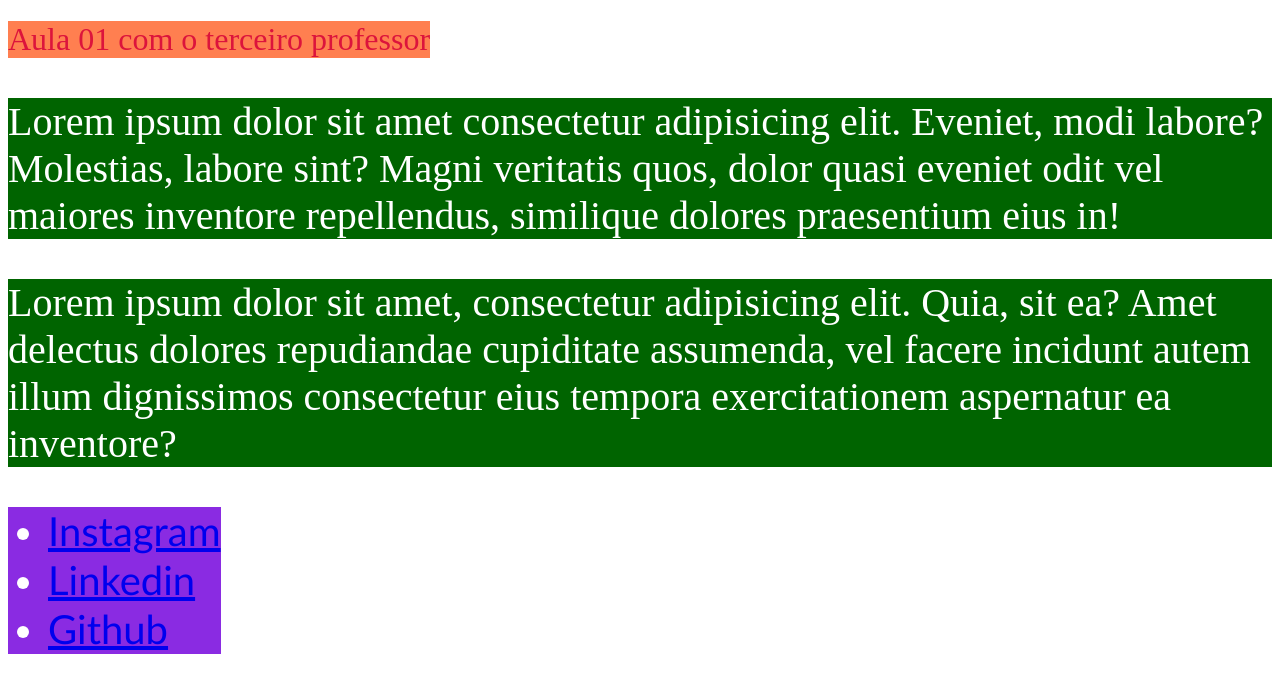
Repository: geracao-11/aula-01-pt2
Page: index.html
These files come from the project's save history. The page is drawn as it stood at one moment and after the next save; the edit follows.
The browser window is 1280 px wide. The pictures show the whole page.

Above is the page before, as saved 2025-04-09 10:53:39.

After the next save:
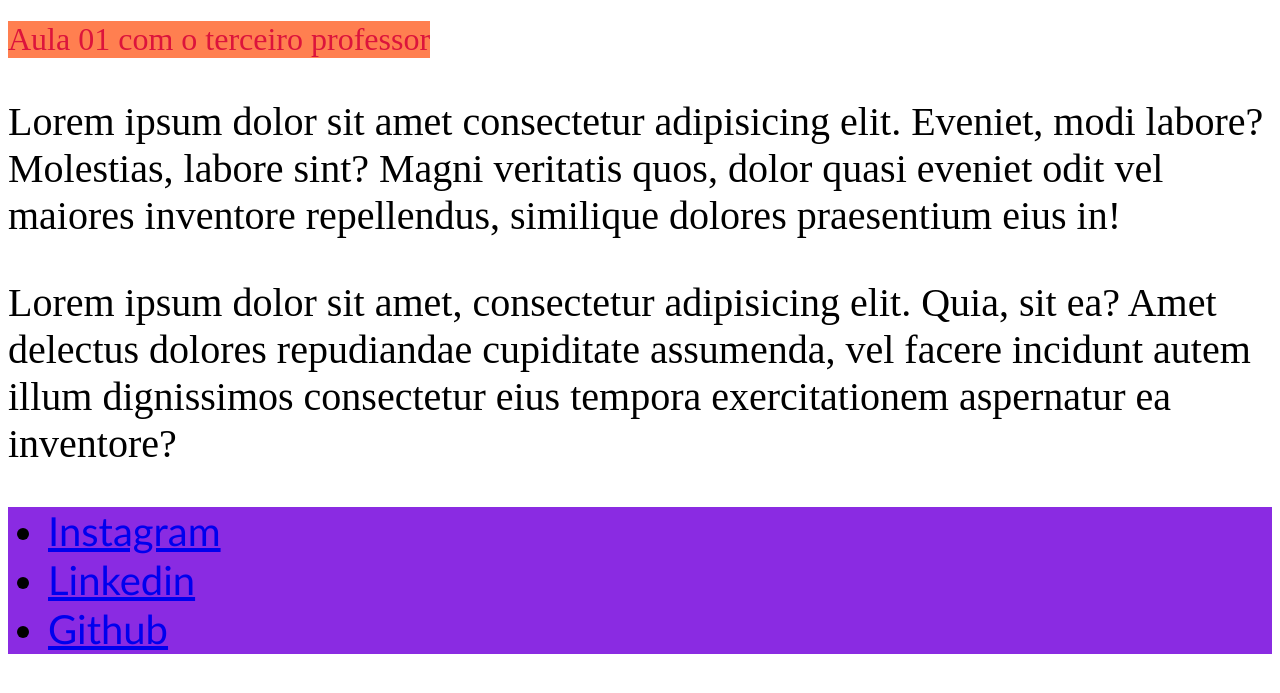
Saved 9 s later.
--- a/style.css
+++ b/style.css
@@ -10,7 +10,7 @@ h1 {
     max-width: fit-content;
 }
 
-div {
+ {
     max-width: fit-content;
     background-color: darkgreen;
     color: white;
